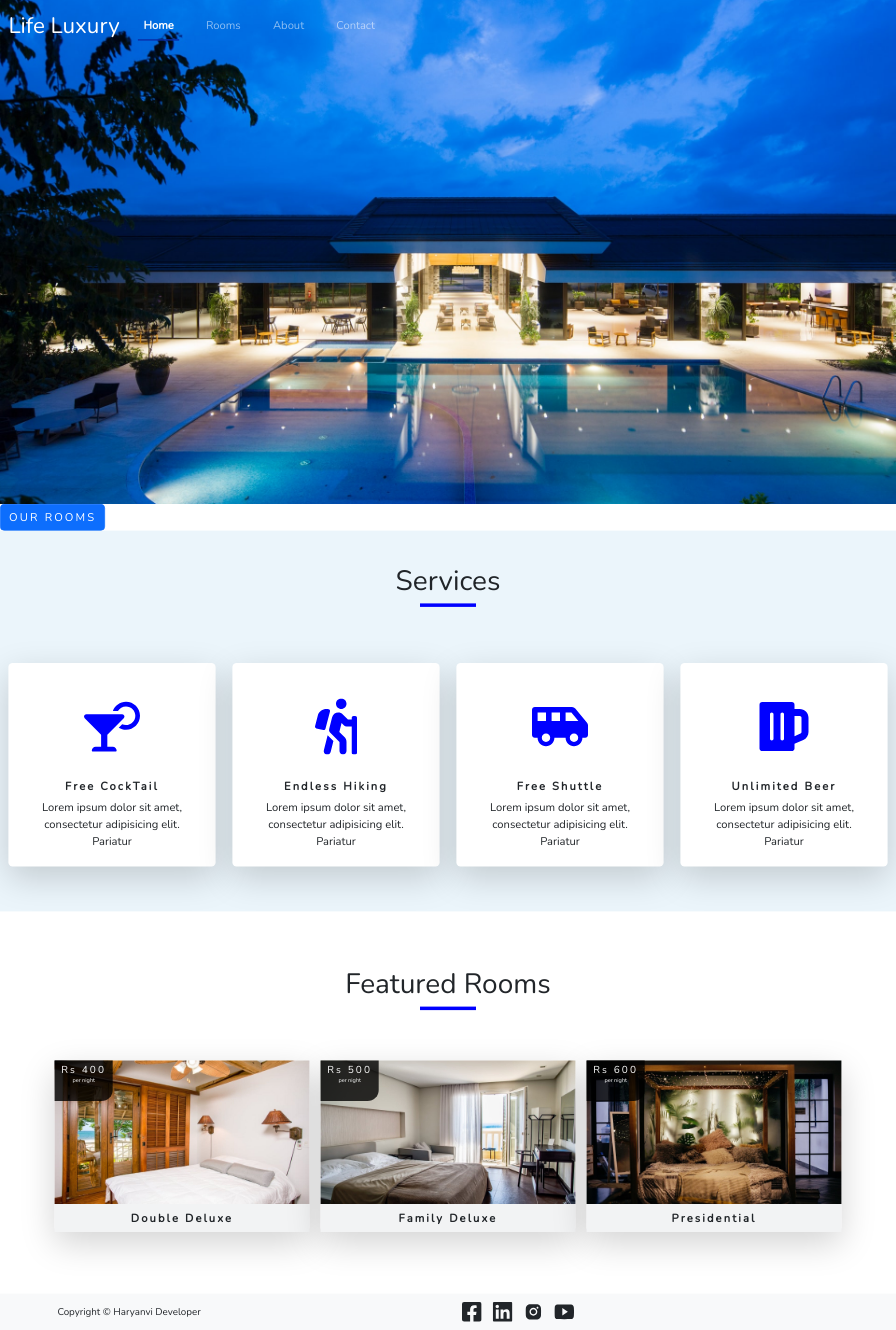
Repository: OmniaRafat232111121/Hotel-Booking-App
Page: /
An editor plug-in stored every save of this project. The page is shown before and after the next save, followed by the edit.
The browser window is 1280 px wide. The pictures show the whole page, at 70% of full size.
The project was rebuilt for these pictures with package versions that can differ from the ones it lists, and the page was loaded fresh each time. A package was used in the major version that the imports need, not the one package.json lists. Also part of the build but not shown: src/components/Banner.jsx, src/components/RoomsFilter.jsx, src/components/RoomsList.jsx, src/components/RoomsContainer.jsx, src/pages/Rooms.jsx, src/components/StyledHero.jsx, src/pages/SingleRoom.jsx, src/pages/Error.jsx and 3 more.

Above is the page before, as saved 2022-07-29 21:48:40.

After the next save:
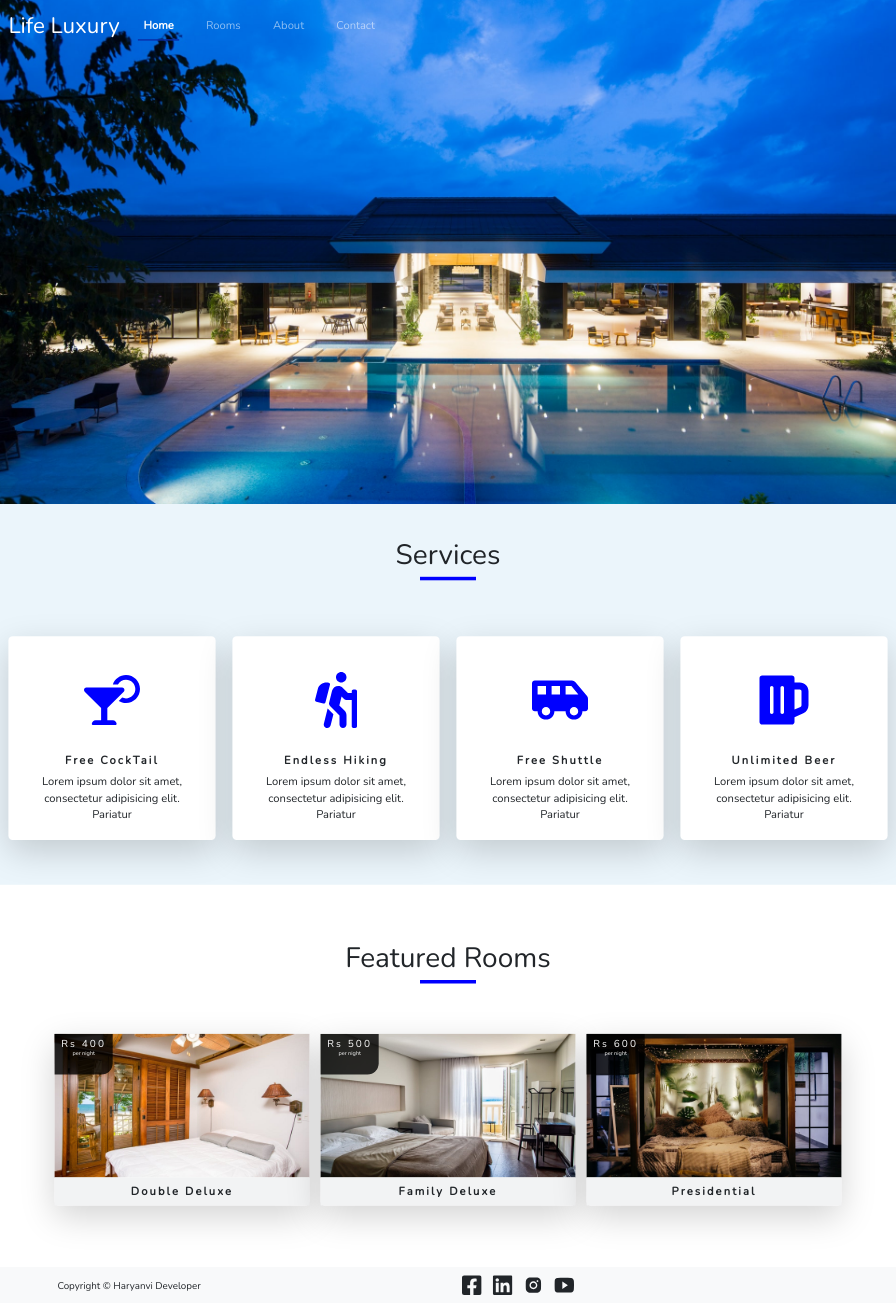
Saved 2 min 28 s later.
--- a/src/pages/Home.jsx
+++ b/src/pages/Home.jsx
@@ -11,9 +11,7 @@ export default function Home() {
          <Hero hero="defaultHero">
      </Hero>
 
-                <Link to="/rooms" className="btn btn-primary">
-                      Our Rooms
-                </Link>
+
 
         <Services/>
         <FeaturedRooms/>
